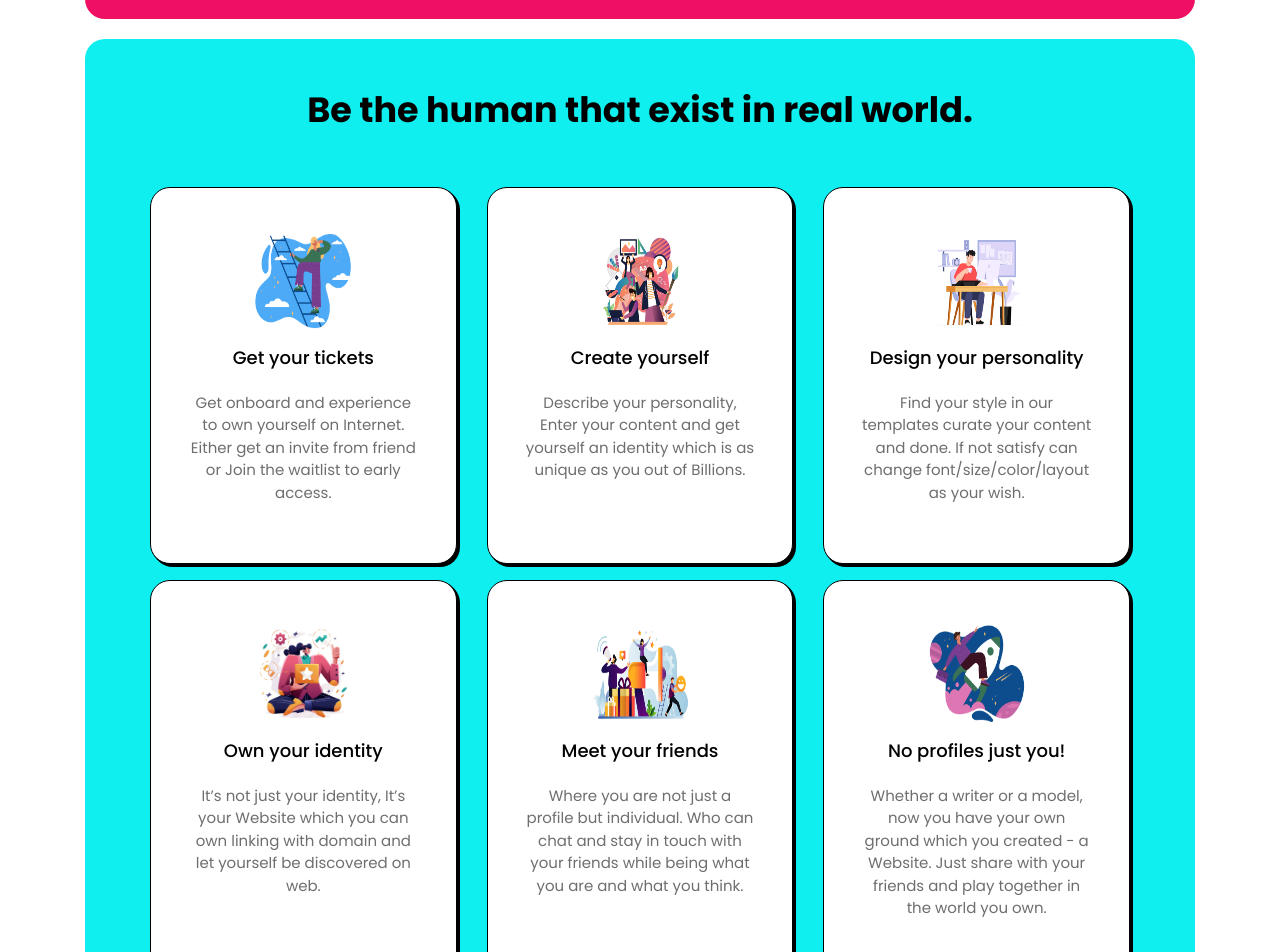
Repository: itsmesikandar/swavy.in.github.io
Page: index.html
The author's editor kept a copy of each file at every save. The page is drawn from the files as they stood at one save, then again after the next save.
The browser window is 1280 px wide. The pictures show the part of the page from y = 3545 to 4497 px (the page is 5062 px tall).

Above is the page before, as saved 2023-02-23 22:47:06.
Console error: TypeError: Cannot read properties of undefined (reading 'fn')

After the next save:
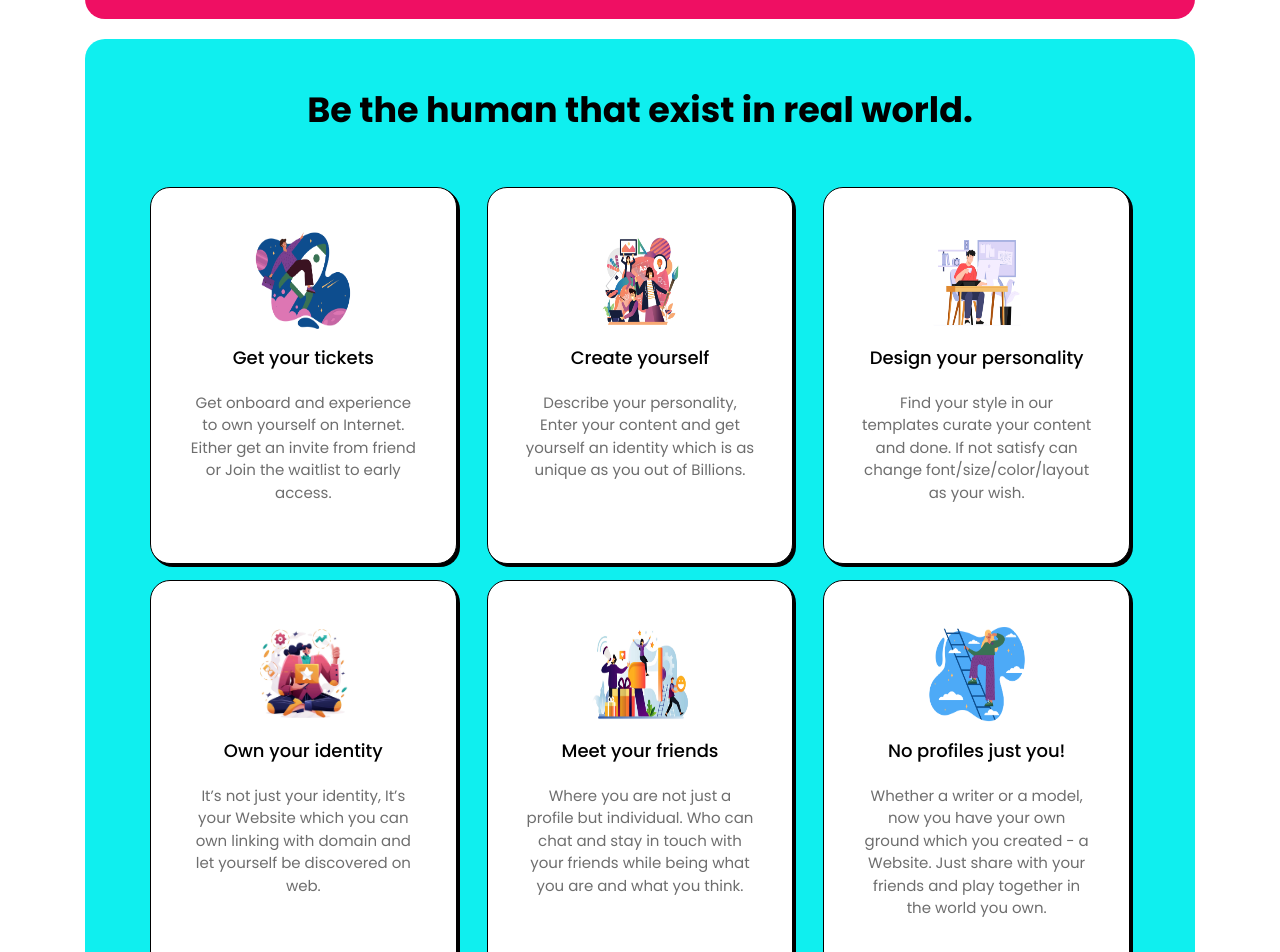
Saved 99 s later.
--- a/index.html
+++ b/index.html
@@ -209,7 +209,7 @@
                   <div class="card customer-cards font-wt-wb box-shadow-3d-e">
                     <div class="card-body">
                       <div class="text-center">
-                        <img src="images/ticket.png" width="100" height="100" alt="" class="img-customer">
+                        <img src="images/goalive.png" width="100" height="100" alt="" class="img-customer">
                         <div class="content-divider m-auto"></div>
                         <h6 class="card-title pt-3">Get your tickets</h6>
                         <p class="m-0 py-3 text-muted">Get onboard and experience to own yourself on Internet. Either get an invite from friend or Join the waitlist to early access.</p>
@@ -274,7 +274,7 @@
                   <div class="card customer-cards font-wt-wb box-shadow-3d-e">
                     <div class="card-body">
                       <div class="text-center">
-                        <img src="images/goalive.png" width="100" height="100" alt="" class="img-customer">
+                        <img src="images/ticket.png" width="100" height="100" alt="" class="img-customer">
                         <div class="content-divider m-auto"></div>
                         <h6 class="card-title pt-3">No profiles just you!</h6>
                         <p class="m-0 py-3 text-muted">Whether a writer or a model, now you have your own ground which you created - a Website. Just share with your friends and play together in the world you own.</p>
